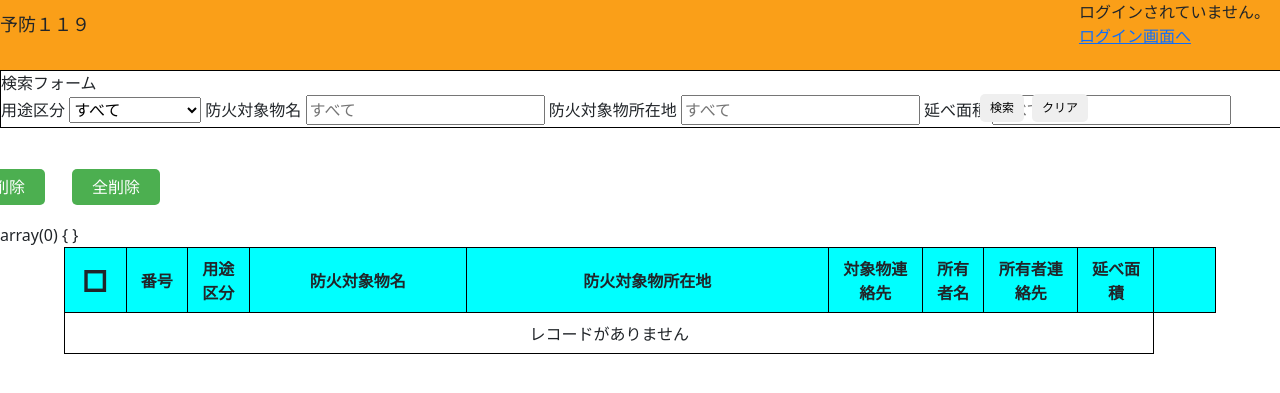
Repository: akarisuki/docker-taishobutu_app
Page: http://localhost/taishobutu_app/taishobutu/taishobutu_index.php
The author's editor kept a copy of each file at every save. The page is drawn from the files as they stood at one save, then again after the next save.
The browser window is 1280 px wide. The pictures show the whole page.
The page is run by PHP 8.4 with error messages shown; the project is at /var/www/html/. Style sheets and scripts are compiled from the project's sources, by tool versions that may differ from the author's. The database holds what the project's SQL file puts in it.

Above is the page before, as saved 2023-12-23 12:07:42.
Console error: ReferenceError: $ is not defined

### src/taishobutu_app/taishobutu/taishobutu_index.php
<?php
session_start();
session_regenerate_id(true);

require_once '../common/config.php';
include("../common/header.php");
require_once '../common/function.php';
require_once '../common/bettpiyo/bettpiyo_array.php';
require_once '../common/db_operation/db_connect.php';
include("../common/cookie_user.php");

$fire_dept_code = $_SESSION['fire_dept_code'] ?? null;

var_dump($_COOKIE);

if (isset($_POST['search'])) {
  $_SESSION['search_appendix'] = isset($_POST['search_appendix']) ? (int)$_POST['search_appendix'] : 0;
  $_SESSION['search_taishobutu_name'] = isset($_POST['search_taishobutu_name']) ? $_POST['search_taishobutu_name'] : '';
  $_SESSION['search_taishobutu_address'] = isset($_POST['search_taishobutu_address']) ? $_POST['search_taishobutu_address'] : '';
  $_SESSION['search_total_area'] = isset($_POST['search_total_area']) ? (int)$_POST['search_total_area'] : 0;
} else {
  // 初回のページ表示時の処理
  $fire_dept_code = $_SESSION['fire_dept_code'] ?? null;
}


$search_appendix = isset($_SESSION['search_appendix']) ? $_SESSION['search_appendix'] : 0;
$search_taishobutu_name = isset($_SESSION['search_taishobutu_name']) ? $_SESSION['search_taishobutu_name'] : '';
$search_taishobutu_address = isset($_SESSION['search_taishobutu_address']) ? $_SESSION['search_taishobutu_address'] : '';
$search_total_area = isset($_SESSION['search_total_area']) ? $_SESSION['search_total_area'] : 0;


$sql = "SELECT * FROM taishobutu_main WHERE fire_dept_code = ?";
$bind_param_str = 'i';
$bind_param_arr[] = $fire_dept_code;


if($search_appendix){
  $sql .= " AND appendix = ?";
  $bind_param_str .= 'i';
  $bind_param_arr[] = $search_appendix;
}

if($search_taishobutu_name){
  $sql .= " AND taishobutu_name LIKE ?";
  $bind_param_str .= 's';
  $bind_param_arr[] = '%' . $search_taishobutu_name . '%';
}

if($search_taishobutu_address){
  $sql .= " AND taishobutu_address LIKE ?";
  $bind_param_str .= 's';
  $bind_param_arr[] = '%' . $search_taishobutu_address . '%';
}

if($search_total_area){
  $sql .= " AND total_area = ?";
  $bind_param_str .= 'i';
  $bind_param_arr[] = $search_total_area;
}

try {
  $stmt = $db_host->prepare($sql);

  if ($bind_param_str) {
    $i = 1;
    foreach ($bind_param_arr as $value) {
        $stmt->bindValue($i, $value);  // bindParamからbindValueに変更
        $i++;
    }
  }
  $stmt->execute();
} catch (PDOException $e) {
  echo "エラーが発生しました: " . $e->getMessage();
}

$db_host = null;



?>

<!DOCTYPE html>
<html lang="ja">
<head>
    <meta charset="UTF-8">
    <meta name="viewport"
          content="width=device-width,initial-scale=1.0,
          maximum-scale=1.0, minimum-scale=1.0">
    <meta http-equiv="X-UA-Compatible" content="ie=edge">
    <link rel="stylesheet" href="../common/sass/taishobutu/taishobutu.index.css">
    <link rel="stylesheet" href="../common/sass/common/header.css">
    <!-- Bootstrap CSS -->
    <link href="https://cdn.jsdelivr.net/npm/bootstrap@5.3.0-alpha1/dist/css/bootstrap.min.css" rel="stylesheet" integrity="sha384-KyZXEAg3QhqLMpG8r+Knujsl7/1H7K2VX72Dg5v54x7f8Dv0FFo7l5IqacX5VpG5E" crossorigin="anonymous">
    <!-- Bootstrap JavaScript -->
    <script src="https://cdn.jsdelivr.net/npm/@popperjs/core@2.11.6/dist/umd/popper.min.js" integrity="sha384-oBqDVmMxmnO/x5+X2U6lX4y4/QMzRVjzmV5u1N5w7QJi8LxfLg7jB/079M9CjyfN" crossorigin="anonymous"></script>
    <script src="https://cdn.jsdelivr.net/npm/bootstrap@5.3.0-alpha1/dist/js/bootstrap.min.js" integrity="sha384-cn7l7gDp0eyniUwwAZgrzD06kc/tftFf19TOAs2zVinnD/C7E91j9yyk5//jjpt/" crossorigin="anonymous"></script>
    <script>
      document.addEventListener("DOMContentLoaded", function() {
            setTimeout(function() {
                var flashMessage = document.getElementById('flashMessage');
                if(flashMessage) {
                    flashMessage.style.opacity = '0';
                    setTimeout(function() {
                        flashMessage.style.display = 'none';
                    }, 1000); // 1秒後に非表示
                }
            }, 5000); // 5秒後に透明度を0に
        });
    </script>
    <title>予防１１９</title>
</head>
<body>
  <?php


  if (isset($_SESSION['flash'])) {
    $flash = $_SESSION['flash'];
    echo  "<div id='flashMessage' class='alert alert-{$flash['type']}'>{$flash['message']}</div>";
    $_SESSION['flash'] = null;
  }


  ?>
<div class="form-search">
  <form action="taishobutu_index.php" method="post">
    <tr>
      <th>検索フォーム</th><br/>
      <th>用途区分</th>
      <th><?php include('../common/bettpiyo/bettpiyo_select_search.php'); ?></th>
      <th>防火対象物名</th>
      <td><input type="text" name="search_taishobutu_name" placeholder="すべて" value="<?php if(!empty($search_taishobutu_name)){echo $search_taishobutu_name; }?>"></td>
      <th>防火対象物所在地</th>
      <td><input type="text" name="search_taishobutu_address" placeholder="すべて" value="<?php if(!empty($search_taishobutu_address)){echo $search_taishobutu_address; }?>"></td>
      <th>延べ面積</th>
      <td><input type="text" name="search_total_area" placeholder="すべて"value="<?php if(!empty($search_total_area)){echo $search_total_area; }?>"></td>
      <td><input type="submit" name="search" value="検索"></td>
      <td><input type="button" onclick="clearForm()" value="クリア"></td>
    </tr>
  </form>
</div>

<form action="taishobutu_delete.php" method="post">
  <table class="excel-style">
    <thead>
      <tr>
          <th class="checkbox-top">□</th>
          <th class="code-top">番号</th>
          <th class="appendix-top">用途区分</th>
          <th class="taishobutu_name-top">防火対象物名</th>
          <th class="taishobutu_address-top">防火対象物所在地</th>
          <th class="taishobutu_tel-top">対象物連絡先</th>
          <th class="owner_name-top">所有者名</th>
          <th class="owner_tel-top">所有者連絡先</th>
          <th class="total_area-top">延べ面積</th>
          <th class="edit"></th>
      </tr>
    </thead>
    <tbody>

      <?php
        $result_count = 0;
        while(true) {
          $result = $stmt -> fetch(PDO::FETCH_ASSOC);
          if($result === false) {
              break;
          }
            $result_count++;

            echo "<tr>";
            echo "<td class='checkbox-top'><input type='checkbox' name='codes[]' value='".htmlspecialchars($result['code'])."'></td>";
            echo "<td class='code-top'>".htmlspecialchars($result['code'])."</td>";
            echo "<td class='appendix-top'>".htmlspecialchars($appendix_array[$result['appendix']])."</td>";
            echo "<td class='taishobutu_name-top'><a href='" . BASE_URL . "/taishobutu/datail/taishobutu_show_datail.php?code=" . htmlspecialchars($result['code']) . "'>" . htmlspecialchars($result['taishobutu_name']) . "</a></td>";
            echo "<td class='taishobutu_address-top'>".htmlspecialchars($result['taishobutu_address'])."</td>";
            echo "<td class='taishobutu_tel-top'>".htmlspecialchars($result['taishobutu_tel'])."</td>";
            echo "<td class='owner_name-top'>".htmlspecialchars($result['owners_name'])."</td>";
            echo "<td class='owner_tel-top'>".htmlspecialchars($result['owners_tel'])."</td>";
            echo "<td class='total_area-top'>".htmlspecialchars($result['total_area'])."㎡"."</td>";
            echo "<td class='edit'><a href='" . BASE_URL . "taishobutu/taishobutu_edit.php?code=".htmlspecialchars($result['code'])."'>修正</a></td>";
            echo "</tr>";
        }

        if ($result_count === 0) {
          echo "<tr><td colspan='9'>レコードがありません</td></tr>";
        }


      ?>
    </tbody>
  </table>
  <input type="submit" name="delete" value="選択したレコードを削除" onclick="return confirmDelete();">
</form>
<button type="button" name="delete-all" onclick="handleDeleteAll()">全削除</button>

<?php $db_host = null; ?>


</body>
</html>

### src/taishobutu_app/common/config.php
<?php
// config.php
if ($_SERVER['HTTP_HOST'] == 'localhost:50080' || $_SERVER['HTTP_HOST'] == '127.0.0.1') {
  // 開発環境のURL
  define('BASE_URL', 'http://localhost:50080/taishobutu_app/');
} else {
  // 本番環境のURL
  define('BASE_URL', 'http://firedeptyobou119.com/');
}

?>

### src/taishobutu_app/common/header.php

<header>
  <nav id="navber" class="d-flex align-items-center">
    <div class="title">
      <p>予防１１９</p>
    </div>

    <div class="buttons d-flex justify-content-center">
      <?php if(isset($_SESSION['login'])):?>
        <a href="<?php echo BASE_URL; ?>taishobutu/taishobutu_add.php" class="button">対象物登録</a>
        <a href="<?php echo BASE_URL; ?>taishobutu/taishobutu_index.php" class="button">対象物一覧</a>
      <?php endif; ?>
    </div>

    <div class="user-info">
      <?php if(isset($_SESSION['login']) === false): ?>
        <p>ログインされていません。<br /><a href="<?php echo BASE_URL;?>/login/login.php">ログイン画面へ</a></p>
        <?php
          $dbHost = getenv('DB_HOST');
          $dbUser = getenv('DB_USER');
          $dbPassword = getenv('DB_PASSWORD');
          $dbName = getenv('DB_NAME');

        ?>
      <?php else: ?>
        <p><?= $_SESSION['name'] ?>さんログイン中</p>
        <form action="<?php echo BASE_URL;?>/login/logout.php" method="post">
          <button type="submit" class="button">ログアウト</button>
        </form>
      <?php endif; ?>
    </div>
  </nav>
</header>

### src/taishobutu_app/common/function.php
<!DOCTYPE html>

  <script>
    function clearForm() {
      document.querySelector('input[name="search_taishobutu_name"]').value = '';
      document.querySelector('input[name="search_taishobutu_address"]').value = '';
      document.querySelector('input[name="search_total_area"]').value = '';
      document.querySelector('select[name="search_appendix"]').value = 0;
      document.querySelector('input[name="search"]').click();
    }

    function confirmDelete() {
      return confirm("選択されたレコードを削除してもよろしいですか？");
    }

    function confirmDeleteAll() {
      return confirm("全部のレコードを削除してもよろしいですか？");
    }

    function showConfirmModal(callback) {
        const confirmModal = new bootstrap.Modal(document.getElementById('confirmModal'));
        const confirmButton = document.getElementById('confirmButton');
        const cancelButton = document.querySelector('#confirmModal .btn-secondary');

        confirmButton.addEventListener('click', function () {
          confirmModal.hide();
          callback(true);
          resetModal();
        });
        function resetModal() {
          confirmButton.removeEventListener('click', callback);
          cancelButton.removeEventListener('click', resetModal);
        }

          confirmModal.show();
    }

    function handleDelete() {
      showConfirmModal(function (confirmed) {
        if (confirmed) {
          console.log('削除が確認されました');
          // 削除処理をここで実行します
        } else {
          console.log('削除がキャンセルされました');
        }
      });
    }

    function showAlert(message) {
      alert(message);
    }

    async function handleDeleteAll() {
      const response = confirm('本当に全て削除してよろしいですか？');

      if (response) {
        const form = document.createElement('form');
        form.method = 'POST';
        form.action = 'taishobutu_delete_all.php';

        document.body.appendChild(form);
        form.submit();
      }
    }

    function submitForm(formId) {
      document.getElementById(formId).submit();
    }

    document.addEventListener("DOMContentLoaded", function() {
        setTimeout(function() {
            var flashMessage = document.getElementById('flashMessage');
            if(flashMessage) {
                flashMessage.style.opacity = '0';
                setTimeout(function() {
                    flashMessage.style.display = 'none';
                }, 1000); // 1秒後に非表示
            }
        }, 5000); // 5秒後に透明度を0に
    });

  </script>

  <script>
  $(document).ready(function () {
  let editMode = false;
  let editId = null;

  $(".edit-btn").on("click", function () {
    const id = $(this).data("id");
    editId = id;
    editMode = true;

    const row = $(this).closest("tr");
    const director = row.find("td:eq(1) .display-value").text();
    const name = row.find("td:eq(2) .display-value").text();
    const appointmentDate = row.find("td:eq(3) .display-value").text();
    const firePlanDate = row.find("td:eq(4) .display-value").text();

    $("input[name='fire_safety_manager_director']").val(director);
    $("input[name='fire_safety_manager_name']").val(name);
    $("input[name='appointment_date']").val(appointmentDate);
    $("input[name='fire_plan_date']").val(firePlanDate);

    $("input[name='fire_safety_manager_code']").val(id);
    $("input[type='submit']").val("更新");
  });

  $(".delete-btn").on("click", function () {
    const id = $(this).data("id");

    if (confirm("本当に削除しますか？")) {
      $.post("fire_safety_manager_delete.php", { fire_safety_manager_code: id }, function (data) {
        location.reload();
      });
    }
  });

  $(".existingDataForm").on("submit", function (e) {
    e.preventDefault();

    const url = editMode ? "fire_safety_manager_update.php" : "fire_safety_manager_add.php";
    const formData = $(this).serialize();

    $.post(url, formData, function (data) {
      location.reload();
    });
  });
});

// function toggleValue(checkboxElem) {
//     const hiddenInput = document.getElementById(checkboxElem.id + 'Hidden');
//     if (checkboxElem.checked) {
//         hiddenInput.value = '◯';
//     } else {
//         hiddenInput.value = '×';
//     }
// }
function toggleValue(checkboxElem) {
    const hiddenInput = document.getElementById(checkboxElem.id + 'Hidden');
    const displayLabel = document.getElementById(checkboxElem.id + 'Label');
    if (checkboxElem.checked) {
        hiddenInput.value = '◯';
        displayLabel.innerText = '◯';
    } else {
        hiddenInput.value = '×';
        displayLabel.innerText = '×';
    }
}

document.getElementById("yourFormId").addEventListener("submit", function(e) {
    const inputFields = document.querySelectorAll("input[type='text']"); // 入力フィールドのタイプに合わせて調整してください

    for (const field of inputFields) {
        if (field.value.trim() === "") {
            alert("全てのフィールドを入力してください。");
            e.preventDefault(); // フォームの送信を防ぐ
            return;
        }
    }
});





</script>

</html>

<?php

function appendix_specific($appendix_nuber){
    $tokutei = [1,2,3,4,5,6,7,8,9,10,12,13,14,15,16,17,18,19,20,21,22,23,24,25,26,27,28,31,41,43];
    $hi_tokutei = [11,29,30,32,33,34,35,36,37,38,39,40,42,44,45,46,47,48];

    if(in_array($appendix_nuber,$tokutei)) {
        return "特定防火対象物";
    } elseif(in_array($appendix_nuber,$hi_tokutei)) {
        return "非特定防火対象物";
    }
}




?>

### src/taishobutu_app/common/bettpiyo/bettpiyo_array.php
<?php


$appendix_array = [
    1  => "1項イ",
    2  => "1項ロ",
    3  => "2項イ",
    4  => "2項ロ",
    5  => "2項ハ",
    6  => "2項ニ",
    7  => "3項イ",
    8  => "3項ロ",
    9  => "4項",
    10 => "5項イ",
    11 => "5項ロ",
    12 => "6項イ(1)(ⅰ)",
    13 => "6項イ(1)(ⅱ)",
    14 => "6項イ(2)(ⅰ)",
    15 => "6項イ(2)(ⅱ)",
    16 => "6項イ(3)",
    17 => "6項イ(4)",
    18 => "6項ロ(1)",
    19 => "6項ロ(2)",
    20 => "6項ロ(3)",
    21 => "6項ロ(4)",
    22 => "6項ロ(5)",
    23 => "6項ハ(1)",
    24 => "6項ハ(2)",
    25 => "6項ハ(3)",
    26 => "6項ハ(4)",
    27 => "6項ハ(5)",
    28 => "6項ニ",
    29 => "7項",
    30 => "8項",
    31 => "9項イ",
    32 => "9項ロ",
    33 => "10項",
    34 => "11項",
    35 => "12項イ",
    36 => "12項ロ",
    37 => "13項イ",
    38 => "13項ロ",
    39 => "14項",
    40 => "15項",
    41 => "16項イ",
    42 => "16項ロ",
    43 => "16項の2",
    44 => "16項の3",
    45 => "17項",
    46 => "18項",
    47 => "19項",
    48 => "20項"
];





?>

### src/taishobutu_app/common/db_operation/db_connect.php
<?php

//PDOにてデータベースに接続
try {

    $db_name = 'mysql:dbname=taishobutu;host=db';
    $user = 'user';
    $password = 'pass';
    $driver_options = array(PDO::ATTR_PERSISTENT => true);
    $db_host = new PDO($db_name,$user,$password,$driver_options);
    $db_host->setAttribute(PDO::ATTR_ERRMODE,PDO::ERRMODE_EXCEPTION);


} catch (PDOException $e) {
//データベースへのアクセスが失敗した場合はエラーメッセージを表示
    echo 'ただいま接続障害が発生しております。'.$e->getMessage() . '<br/>恐れ入りますが時間を置いてから再度お試しください。';
    exit;

}



?>

### src/taishobutu_app/common/cookie_user.php
<?php
// check_user.php

if (isset($_COOKIE['userid'])) {
    // クッキーからユーザーIDを取得
    $userid = $_COOKIE['userid'];

    // ユーザーIDを使用してユーザー情報を取得
    $sql = 'SELECT * FROM firedept_staff WHERE code = :userid';
    $stmt = $db_host->prepare($sql);
    $stmt->bindValue(':userid', $userid, PDO::PARAM_INT);
    $stmt->execute();
    $user = $stmt->fetch(PDO::FETCH_ASSOC);

    if ($user) {
        // ユーザーが存在する場合、セッションにユーザー情報を保存
        $_SESSION['id'] = $user['code'];
        $_SESSION['name'] = $user['staff_name'];
        $_SESSION['fire_dept_code'] = $user['fire_dept_code'];
    } else {
        // ユーザーが存在しない場合、クッキーを削除
        setcookie('userid', '', time() - 3600);
    }
}

### src/taishobutu_app/common/bettpiyo/bettpiyo_select_search.php

<select id="selectbox"name="search_appendix">
<?php if (!empty($search_appendix)) { ?>
    <option value="selected"><?php echo $appendix_array[$search_appendix]; ?></option>
  <?php } else { ?>
    <option value="0">すべて</option>
  <?php } ?>
<optgroup label="特定防火対象物">
    <option value="1">１項イ　</option>
    <option value="2">１項ロ　</option>
    <option value="3">2項イ　</option>
    <option value="4">2項ロ　</option>
    <option value="5">2項ハ　</option>
    <option value="6">2項ニ　</option>
    <option value="7">3項イ　</option>
    <option value="8">3項ロ　</option>
    <option value="9"> 4項 　</option>
    <option value="10">5項イ　</option>
    <option value="12">6項イ(1)(ⅰ)</option>
    <option value="13">6項イ(1)(ⅱ)</option>
    <option value="14">6項イ(2)(ⅰ)　</option>
    <option value="15">6項イ(2)(ⅱ)　</option>
    <option value="16">6項イ(3)　</option>
    <option value="17">6項イ(4)　</option>
    <option value="18">6項ロ(1)　</option>
    <option value="19">6項ロ(2)　</option>
    <option value="20">6項ロ(3)　</option>
    <option value="21">6項ロ(4)　</option>
    <option value="22">6項ロ(5)　</option>
    <option value="23">6項ハ(1)　</option>
    <option value="24">6項ハ(2)　</option>
    <option value="25">6項ハ(3)　</option>
    <option value="26">6項ハ(4)　</option>
    <option value="27">6項ハ(5)　</option>
    <option value="28">6項ニ　</option>
    <option value="31">9項イ　</option>
    <option value="41">16項イ　</option>
    <option value="43">16項の2　</option>
</optgroup>
<optgroup label="非特定防火対象物">
    <option value="11">5項ロ　</option>
    <option value="29">7項　　</option>
    <option value="30">8項　　</option>
    <option value="32">9項ロ　</option>
    <option value="33">10項 　</option>
    <option value="34">11項　　</option>
    <option value="35">12項イ　</option>
    <option value="36">12項ロ　</option>
    <option value="37">13項イ　</option>
    <option value="38">13項ロ　</option>
    <option value="39">14項　</option>
    <option value="40">15項　</option>
    <option value="42">16項ロ　</option>
    <option value="44">16項の3　</option>
    <option value="45">17項　</option>
    <option value="46">18項　</option>
    <option value="47">19項　</option>
    <option value="48">20項　</option>
</optgroup>
</select>

### src/taishobutu_app/common/sass/taishobutu/taishobutu.index.scss
body {
  background-color: #6f6f6f;
  font-family: Arial, sans-serif;
  padding-top: 223px;
}

// 検索フォーム
.form-search {
  box-sizing: border-box;

  position: absolute;
  width: 1920px;
  height: 58px;
  left: 0px;
  top: 70px;

  border: 1px solid #000000;
}

input[type="submit"] {
  border: none;
  padding: 5px 10px;
  border-radius: 5px;
  cursor: pointer;
  font-size: 12px;
  position: absolute;
  top:  -27px;
  right: 845px ;
  margin: 50px;
}
input[type="submit"]:hover {
  background-color: #9b9b9b;
}

input[type="button"] {
  border: none;
  padding: 5px 10px;
  border-radius: 5px;
  cursor: pointer;
  font-size: 12px;
  position: absolute;
  top:  -27px;
  right: 781px ;
  margin: 50px;
}
input[type="button"]:hover {
    background-color: #9b9b9b;
}

table {
  padding-top: 200px; /* 適宜調整してください */
}

// レコード一覧
.excel-style {
  border-collapse: collapse;
  margin-left: auto;
  margin-right: auto;
  width: 90%;
  table-layout: fixed;
}
.excel-style th, .excel-style td {
  border: 1px solid #000;
  padding: 8px;
  text-align: center;
}
.excel-style th {
  background-color: #f2f2f2;
  font-weight: bold;
}
.excel-style tr:nth-child(even) {
  background-color: #f2f2f2;
}
/* 以下のセレクタを追加して検索フォームには適用されないようにします */
.form-search .excel-style th, .form-search .excel-style td {
  border: none;
}

.excel-style th {
  background-color: aqua;
}

.checkbox-top {
  font-size: 30px;
  width: 2px;
  text-align: center;
}

.code-top {
  width: 5px;
  text-align: center;
}

.appendix-top {
  width: 14px;
  text-align: center;
}

.taishobutu_name-top {
  width: 60px;
  text-align: center;
}

.taishobutu_address-top {
  width: 100px;
  text-align: center;
}

.taishobutu_tel-top {
  width: 26px;
  text-align: center;
}

.owner_name-top {
  width: 15px;
  text-align: center;
}

.owner_tel-top {
  width: 26px;
  text-align: center;
}

.total_area-top {
  width: 21px;
  text-align: center;
}

.edit {
  width: 3px;
}

input{
  &[name="delete"]{
    background-color: #4CAF50;
    color: #fff;
    border: none;
    padding: 6px 20px;
    border-radius: 5px;
    cursor: pointer;
    font-size: 16px;
    position: absolute;
    top: -286px;
    right:  780px;
    margin: 455px;
      &:hover {
        background-color: #3e8e41;
      }
  }
}

button {
  &[name="delete-all"]{
    background-color: #4CAF50;
    color: #fff;
    border: none;
    padding: 6px 20px;
    border-radius: 5px;
    cursor: pointer;
    font-size: 16px;
    position: absolute;
    top: 169px;
    right: 1120px;
      &:hover {
        background-color: #3e8e41;
      }
  }
}

.alert-success, .alert-error {
  top: -103px;
  left: -5px; /* 左端からの位置を0に設定 */
  width: 100%; /* 幅を100%に設定 */
  padding: 5px;
  border: 1px solid transparent;
  border-radius: 4px;
  position: relative;
  text-align: center;
  transition: opacity 1s ease-out;
}

.alert-success {
  color: #35cb07;
  background-color: #b9e8be;
}

.alert-error {
  color: #ff0000;
  background-color: #ed8b8b;
}

### src/taishobutu_app/common/sass/common/header.scss
header {
  background-color: #FA9F18;
  position: fixed;
  width: 100%;
  height: 70px;
  left: 0px;
  top: 0px;
  z-index: 999;
}

.d-flex {
  display: flex;
}

.align-items-center {
  align-items: center;
}

.justify-content-center {
  justify-content: center;
}

.title {

  font-size: large;
}

.button {
  display: inline-block;
  padding: 10px 20px;
  background-color: #3F69FC;
  color: white;
  text-align: center;
  text-decoration: none;
  font-size: 16px;
  border-radius: 10px;
  border: none;
  cursor: pointer;
  margin-left: 20px; /* ボタン間の間隔を設定 */
}

.user-info {
  margin-left: auto;
  display: flex;
  align-items: center;
  font-size: 16px;
}

.user-info p {
  margin-right: 10px;
}

.user-info form {
  margin: 0;
  padding: 0;
}

.button {
  display: inline-block;
  padding: 10px 20px;
  font-size: 16px;
  font-weight: bold;
  text-align: center;
  color: #fff;
  background-color: #007bff;
  border: none;
  border-radius: 10px;
  cursor: pointer;
}

.button:hover {
  background-color: #0062cc;
}

.button:active {
  background-color: #005cbf;
  box-shadow: none;
}

### taishobutu-database.sql (the tables this page reads)
CREATE TABLE `taishobutu_main` (
  `code` int NOT NULL,
  `fire_dept_code` int NOT NULL,
  `appendix` int NOT NULL,
  `taishobutu_name` varchar(20) CHARACTER SET utf8mb4 COLLATE utf8mb4_unicode_ci NOT NULL,
  `taishobutu_address` text CHARACTER SET utf8mb4 COLLATE utf8mb4_unicode_ci NOT NULL,
  `taishobutu_tel` varchar(20) CHARACTER SET utf8mb4 COLLATE utf8mb4_unicode_ci NOT NULL,
  `owners_name` varchar(20) CHARACTER SET utf8mb4 COLLATE utf8mb4_unicode_ci NOT NULL,
  `owners_tel` varchar(20) CHARACTER SET utf8mb4 COLLATE utf8mb4_unicode_ci NOT NULL,
  `total_area` float NOT NULL
) ENGINE=InnoDB DEFAULT CHARSET=utf8mb4 COLLATE=utf8mb4_0900_ai_ci;

INSERT INTO `taishobutu_main` (`code`, `fire_dept_code`, `appendix`, `taishobutu_name`, `taishobutu_address`, `taishobutu_tel`, `owners_name`, `owners_tel`, `total_area`) VALUES
(11, 1, 40, '浜中消防署', '浜中町霧多布西1条1丁目23番地', '0153-62-2150', '高野弘', '080-4048-6712', 500),
(14, 2, 9, '居合地位', '浜中町茶内若葉３丁目', '0153-62-2150', '石崎史典', '080-4048-6712', 4321),
(20, 1, 1, '茶内コミュニティセンター', '浜中町霧多布西1条1丁目23番地', '0153-62-2150', '石崎史典', '', 1500);

ALTER TABLE `taishobutu_main`
  ADD PRIMARY KEY (`code`);

ALTER TABLE `taishobutu_main`
  MODIFY `code` int NOT NULL AUTO_INCREMENT, AUTO_INCREMENT=21;

After the next save:
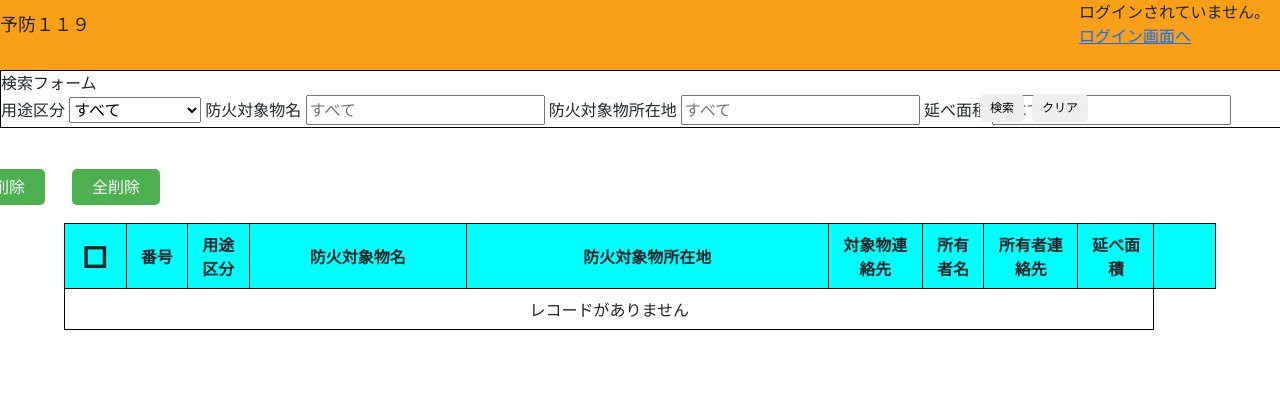
Saved 119 s later.
--- a/src/taishobutu_app/taishobutu/taishobutu_index.php
+++ b/src/taishobutu_app/taishobutu/taishobutu_index.php
@@ -11,7 +11,7 @@ include("../common/cookie_user.php");
 
 $fire_dept_code = $_SESSION['fire_dept_code'] ?? null;
 
-var_dump($_COOKIE);
+
 
 if (isset($_POST['search'])) {
   $_SESSION['search_appendix'] = isset($_POST['search_appendix']) ? (int)$_POST['search_appendix'] : 0;
